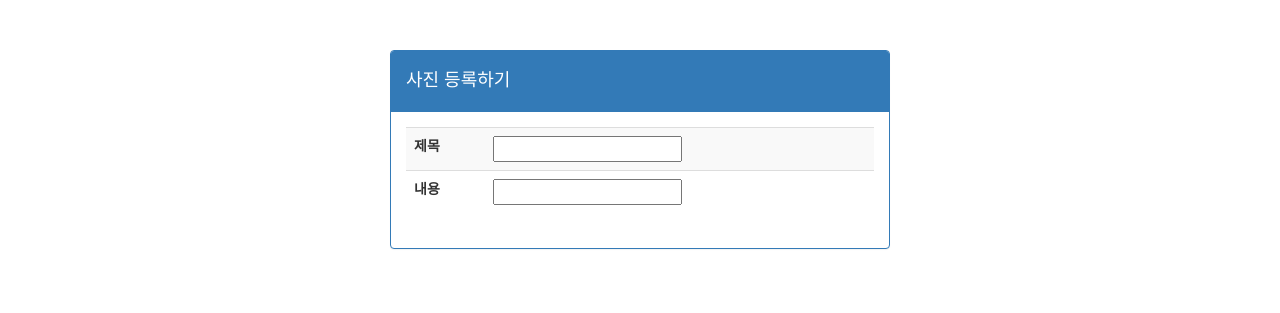
Repository: simDev1234/WebStudy
Page: http://localhost/2022_0607_PhotoGallery/photo/insert_form.do
An editor plug-in stored every save of this project. The page is shown before and after the next save, followed by the edit.
The browser window is 1280 px wide. The pictures show the whole page.
The page is served by Tomcat 9. Other server files are loaded and not shown.

Above is the page before, as saved 2022-06-08 02:57:48.

### _01_상반기_WebStudy/2022_0607_PhotoGallery/src/main/webapp/photo/photo_insert_form.jsp
<%@ page language="java" contentType="text/html; charset=UTF-8"
    pageEncoding="UTF-8"%>
<!DOCTYPE html>
<html>
<head>
<meta charset="UTF-8">
<title>Insert title here</title>
<link rel="stylesheet" href="https://maxcdn.bootstrapcdn.com/bootstrap/3.4.1/css/bootstrap.min.css">
<script src="https://ajax.googleapis.com/ajax/libs/jquery/3.6.0/jquery.min.js"></script>
<script src="https://maxcdn.bootstrapcdn.com/bootstrap/3.4.1/js/bootstrap.min.js"></script>
<style type="text/css">
    #box{
       width  : 500px;
       margin : auto;
       margin-top : 50px;
    }
</style>
</head>
<body>
   <form method = "POST" enctype = "mutipart/form-data">
      <div id = "box">
         <div class="panel panel-primary">
	       <div class="panel-heading"><h4>사진 등록하기</h4></div>
	       <div class="panel-body">
	          <table class = "table table-striped">
	              <tr>
	                <th>제목</th>
	                <td><input name = "p_subject"></td>
	              </tr>
	              <tr>
	                <th>내용</th>
	                <td><input name = "p_subject"></td>
	              </tr>
	          </table>
	       </div>
	     </div>
      </div>
   </form>
</body>
</html>

### _01_상반기_WebStudy/2022_0607_PhotoGallery/src/main/java/action/photo/PhotoInsertFormAction.java
package action.photo;

import java.io.IOException;
import javax.servlet.RequestDispatcher;
import javax.servlet.ServletException;
import javax.servlet.annotation.WebServlet;
import javax.servlet.http.HttpServlet;
import javax.servlet.http.HttpServletRequest;
import javax.servlet.http.HttpServletResponse;

/**
 * Servlet implementation class PhotoInsertFormAction
 */
@WebServlet("/photo/insert_form.do")
public class PhotoInsertFormAction extends HttpServlet {
	private static final long serialVersionUID = 1L;

	/**
	 * @see HttpServlet#HttpServlet()
	 */
	public PhotoInsertFormAction() {
		super();
		// TODO Auto-generated constructor stub
	}

	/**
	 * @see HttpServlet#service(HttpServletRequest request, HttpServletResponse response)
	 */
	protected void service(HttpServletRequest request, HttpServletResponse response)
			throws ServletException, IOException {

		//forward
		String forward_page = "photo_insert_form.jsp";
		RequestDispatcher disp = request.getRequestDispatcher(forward_page);
		disp.forward(request, response);
	}

}

After the next save:
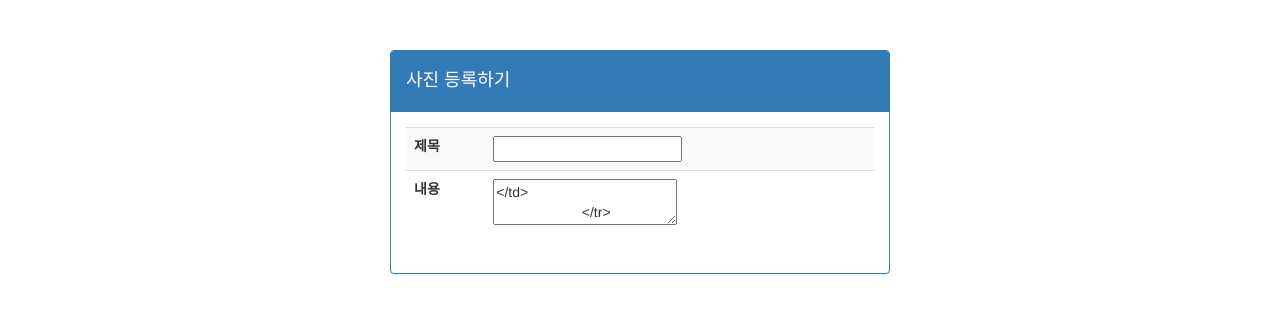
Saved 14 s later.
--- a/_01_상반기_WebStudy/2022_0607_PhotoGallery/src/main/webapp/photo/photo_insert_form.jsp
+++ b/_01_상반기_WebStudy/2022_0607_PhotoGallery/src/main/webapp/photo/photo_insert_form.jsp
@@ -29,7 +29,7 @@
 	              </tr>
 	              <tr>
 	                <th>내용</th>
-	                <td><input name = "p_subject"></td>
+	                <td><textarea name = "p_content"></td>
 	              </tr>
 	          </table>
 	       </div>
